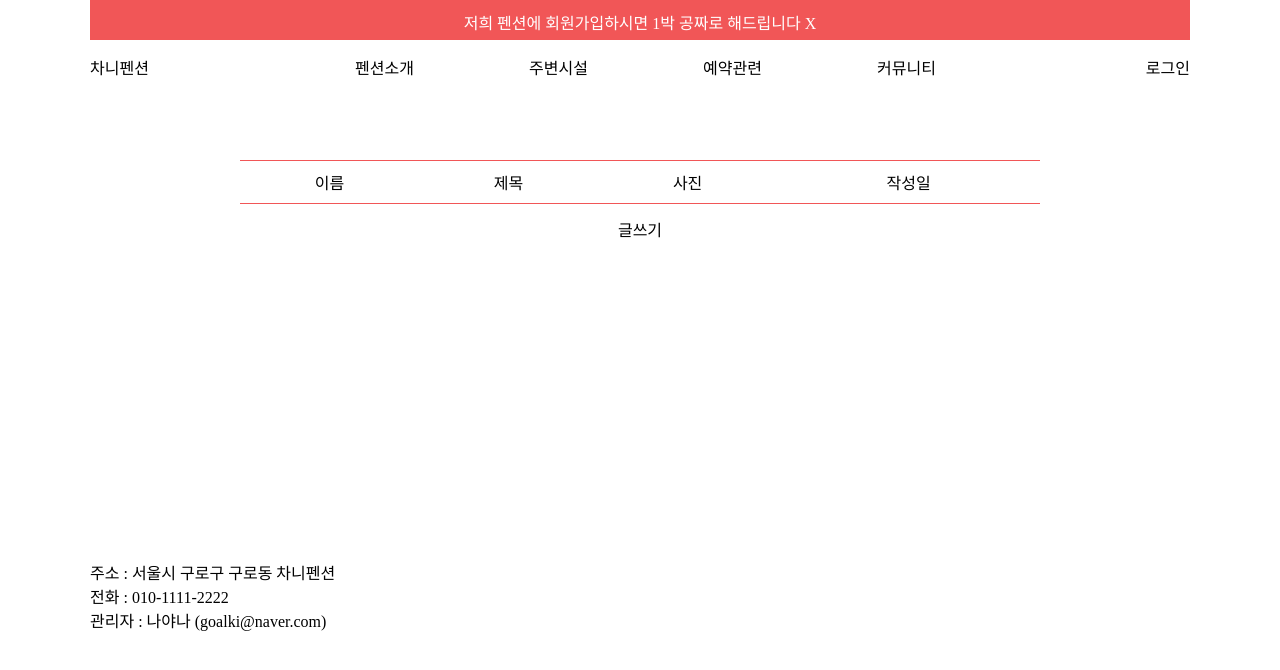
Repository: goalki/pension
Page: http://localhost/pension/tour/list.jsp
An editor plug-in stored every save of this project. The page is shown before and after the next save, followed by the edit.
The browser window is 1280 px wide. The pictures show the whole page.
The page is served by Tomcat 9. Other server files are loaded and not shown. Queries for data that is not in the repository find no rows.

Above is the page before, as saved 2021-01-21 05:36:01.

### pension/WebContent/tour/list.jsp
<%@ page language="java" contentType="text/html; charset=UTF-8"
    pageEncoding="UTF-8"%>
<%@page import="java.sql.*" %>
<%@page import="pension.dto.TourDto" %>
<%@page import="pension.dao.Dao" %>
<%@page import="java.util.ArrayList" %>
<%@ taglib prefix="c" uri="http://java.sun.com/jsp/jstl/core" %>

<%
   Dao dao=new Dao();
   ArrayList<TourDto> list=dao.tour_list();
   pageContext.setAttribute("list", list);
   //out.print(list.size());
%>
<%@ include file="../top.jsp" %>


 <style>
  #section {
    width:1100px;
    height:400px;
    margin:auto;
    text-align:center;

    margin-top:60px;
  }
  #section td {
    height:40px;
    border:1px solid #f15657;
    border-left:none;
    border-right:none;
    border-bottom:none;
  }
 </style>
 <div id="section">
   <!-- 레코드 내용 출력 -->
   <table width="800" align="center" cellspacing="0">
     <tr>
       <td> 이름 </td>
       <td> 제목 </td>
       <td> 사진 </td>
       <td> 작성일 </td>
     </tr>
    <c:forEach var="tdto" items="${list}">
     <tr>
       <td> ${tdto.name} </td>
       <td> <a href="content.jsp?id=${tdto.id}"> ${tdto.title} </a> </td>
       <td> <img src="img/${tdto.fname}" width="50"> </td>
       <td> ${tdto.writeday}  </td>
     </tr>
     </c:forEach>
     <tr height="50">
      <td colspan="4" align="center"> <a href="write.jsp"> 글쓰기 </a> </td>
     </tr>
   </table>
 </div>

<%@ include file="../bottom.jsp" %>

### pension/WebContent/top.jsp
<%@ page language="java" contentType="text/html; charset=UTF-8"
    pageEncoding="UTF-8"%>
<%@ taglib prefix="c" uri="http://java.sun.com/jsp/jstl/core" %>

<!DOCTYPE html>
<html>       <!-- index.jsp -->
<head>
<meta charset="UTF-8">
<title>Insert title here</title>
  <style>
    body {
      margin:0px;
    }
    a {
      text-decoration:none;
      color:black;
    }
    a:hover {
      color:blue;
    }
    #first {  /* 광고관련 1층 */
      width:1100px;
      height:30px;
      margin:auto;
      background:#f15657;
      text-align:center;
      padding-top:10px;
      color:white;
    }
    #second {  /* 로고, 메뉴 2층 */
      width:1100px;
      height:60px;
      margin:auto;
    }
    #second #left {
      padding-top:15px;
      width:100px;
      float:left;
    }
    #second #right {
      padding-top:15px;
      width:1000px;
      float:right;
      text-align:right;
    }
    #second #right #menu {
      display:inline-block;
      width:170px;
      height:30px; /* 주메뉴의 높이를 줘야 됩니다 */
      position:relative;
    }
    #second #right #menu:last-child {
      width:250px;
    }
    #second #right #menu .sub {
      position:absolute;
      width:120px;
      left:88px;
      top:10px;
      background:white;
      padding-left:0px;
      visibility:hidden;
      padding-top:10px;

    }
    #second #right #menu .sub li {
      list-style-type:none;
      text-align:center; /* 서브메뉴의 글자 중앙 */
    }


  </style>
    <script src="http://code.jquery.com/jquery-latest.js"></script>
  <script>
    function view_sub(n)
    {
    	document.getElementsByClassName("sub")[n].style.visibility="visible";
    }
    function hide_sub(n)
    {
    	document.getElementsByClassName("sub")[n].style.visibility="hidden";
    }

    $(function()
    {
    	$("#ff").click(function()
    	{
    		$("#first").slideUp();

    	});
    });
  </script>
</head>
<body>
  <div id="first">
     저희 펜션에 회원가입하시면  1박 공짜로 해드립니다
   <span id="ff"  style="cursor:pointer"> X </span>
  </div>
  <div id="second">
     <div id="left"> <a href="../main/index.jsp"> 차니펜션 </a></div>
     <div id="right">
        <span id="menu" onmouseenter="view_sub(0)" onmouseleave="hide_sub(0)"> 펜션소개
        <!-- 부메뉴 -->
           <ul class="sub">
            <li> <a href="../sogae/sogae.jsp"> 우리펜션 </a> </li>
            <li> 오시는길 </li>
           </ul>
        </span>
        <span id="menu" onmouseenter="view_sub(1)" onmouseleave="hide_sub(1)"> 주변시설
        <!-- 부메뉴 -->
           <ul class="sub">
            <li> 만리포 </li>
            <li> 연포</li>
            <li> 채석정 </li>
           </ul>
        </span>
        <span id="menu" onmouseenter="view_sub(2)" onmouseleave="hide_sub(2)"> 예약관련
         <!-- 부메뉴 -->
           <ul class="sub">
            <li>  예약 규정 </a> </li>
            <li> <a href="../reserve/reserve.jsp"> 실시간 예약 </a> </li>
           </ul>
        </span>
        <span id="menu" onmouseenter="view_sub(3)" onmouseleave="hide_sub(3)"> 커뮤니티
        <!-- 부메뉴 -->
           <ul class="sub">
            <li> <a href="../tour/list.jsp"> 여행 후기  </a></li>
            <li> 자유게시판 </li>
           </ul>
        </span>
        <span id="menu">
          <!-- 로그인 전 -->
          <c:if test="${userid == null}">
           <a href="../login/login.jsp"> 로그인 </a>
          </c:if>
          <!-- 관리자 로그인 한 경우 -->
          <c:if test="${userid == 'admin'}">
           <a href="../admin/reserve_view.jsp"> 예약관리  </a> /
           <a href="../admin/member_view.jsp"> 회원관리 </a> /
           <a href="../login/logout.jsp"> 로그아웃 </a>
          </c:if>
          <!--  로그인 한 후 -->
          <c:if test="${userid != null and userid != 'admin'}">
            ${name}님!! <a href="../mypage/mypage.jsp"> 내정보 </a>  <a href="../login/logout.jsp"> 로그아웃 </a>
          </c:if>

        </span>
    </div>
  </div>
  <!-- 여기까지 1층과 2층  top.jsp -->

### pension/WebContent/bottom.jsp
<%@ page language="java" contentType="text/html; charset=UTF-8"
    pageEncoding="UTF-8"%>
 <style>
 #fifth {     /* 펜션소개 5층 */
      width:1100px;
      height:100px;
      margin:auto;
    }
 </style>
<!-- 여기부터 5층 => bottom.jsp -->
  <div id="fifth">
    주소 : 서울시 구로구 구로동 차니펜션 <br>
    전화 : 010-1111-2222 <br>
    관리자 : 나야나  (goalki@naver.com) <br>
  </div>

</body>
</html>

### pension/src/pension/dao/Dao.java
package pension.dao;

import java.sql.*;
import java.time.LocalDate;
import java.util.ArrayList;

import com.oreilly.servlet.MultipartRequest;

import pension.dto.MemberDto;
import pension.dto.ReserveDto;
import pension.dto.RoomDto;
import pension.dto.TourDto;

public class Dao {

	String db="jdbc:mysql://localhost:3306/pension";
	String userid="root";
    String pw="1234";
    Connection conn;
	public Dao() throws ClassNotFoundException, SQLException
	{
		Class.forName("com.mysql.jdbc.Driver"); // 기능은 무조건 메소드내에서 실행
		conn=DriverManager.getConnection(db,userid,pw);
	}
	// room 테이블의 전체내용을 가져오기
    public ArrayList<RoomDto> get_room() throws SQLException
    {
    	String sql="select name,id from room order by price asc";
    	Statement stmt=conn.createStatement();
    	ResultSet rs=stmt.executeQuery(sql);
    	ArrayList<RoomDto> list=new ArrayList<RoomDto>();
    	while(rs.next())
    	{
    		RoomDto rdto=new RoomDto();
    		rdto.setId(rs.getInt("id"));
    		rdto.setName(rs.getString("name"));
    		list.add(rdto);
    	}
    	/*
    	String sql="select name from room order by price asc";
    	Statement stmt=conn.createStatement();
    	ResultSet rs=stmt.executeQuery(sql);
    	ArrayList<String> list=new ArrayList<String>();
    	while(rs.next())
    	{
    		list.add(rs.getString("name"));
    	}
    	*/
    	return list;
    }

    // 사용자가 선택한 방의 정보를 가져오기
    public RoomDto select_room(String id) throws SQLException
    {
    	String sql="select * from room where id="+id;
    	Statement stmt=conn.createStatement();
    	ResultSet rs=stmt.executeQuery(sql);
    	rs.next();
    	RoomDto rdto=new RoomDto();
    	rdto.setId(rs.getInt("id"));
    	rdto.setName(rs.getString("name"));
    	rdto.setMax(rs.getInt("max"));
    	rdto.setMin(rs.getInt("min"));
    	rdto.setPrice(rs.getInt("price"));

    	return rdto;
    }

    public void insert(ReserveDto rdto,String userid) throws SQLException // reserve테이블에 입력값을 넣기
    {
    	// 쿼리 생성
    	String outday="date_add('"+rdto.getInday()+"', interval "+rdto.getSuk()+" day)";
    	String sql="insert into reserve(rid,name,phone,inday,outday";
    	sql=sql+",inwon1,inwon2,inwon3,bbq,pork,suk_price,etc_price,tot_price,writeday,userid) ";
    	sql=sql+" values(?,?,?,?,"+outday+",?,?,?,?,?,?,?,?,now(),?)";

    	// date_add('2021-01-05',interval 숙박일 day);
    	PreparedStatement pstmt=conn.prepareStatement(sql);
    	pstmt.setInt(1, rdto.getRid());
    	pstmt.setString(2, rdto.getName());
    	pstmt.setString(3, rdto.getPhone());
    	pstmt.setString(4, rdto.getInday());
    	//pstmt.setString(5, outday);
    	pstmt.setInt(5, rdto.getInwon1());
    	pstmt.setInt(6, rdto.getInwon2());
    	pstmt.setInt(7, rdto.getInwon3());
    	pstmt.setInt(8, rdto.getBbq());
    	pstmt.setInt(9, rdto.getPork());
    	pstmt.setInt(10, rdto.getSuk_price());
    	pstmt.setInt(11, rdto.getEtc_price());
    	pstmt.setInt(12, rdto.getTot_price());
    	pstmt.setString(13, userid);
    	pstmt.executeUpdate();
    	//System.out.println(pstmt.toString());
    	conn.close();
    }

    public ReserveDto get_reserve(String userid) throws SQLException // 방금 예약한 정보를 가져오는 메소드(1개의 레코드)
    {
    	String sql="select * from reserve where userid='"+userid+"' order by id desc limit 1";
    	Statement stmt=conn.createStatement();
    	ResultSet rs=stmt.executeQuery(sql);
    	rs.next();
    	ReserveDto rdto=new ReserveDto();
    	rdto.setId(rs.getInt("id"));
    	rdto.setRid(rs.getInt("rid"));
    	rdto.setName(rs.getString("name"));
    	rdto.setPhone(rs.getString("phone"));
    	rdto.setInday(rs.getString("inday"));
    	rdto.setOutday(rs.getString("outday"));
    	rdto.setInwon1(rs.getInt("inwon1"));
    	rdto.setInwon2(rs.getInt("inwon2"));
    	rdto.setInwon3(rs.getInt("inwon3"));
    	rdto.setBbq(rs.getInt("bbq"));
    	rdto.setPork(rs.getInt("pork"));
    	rdto.setSuk_price(rs.getInt("suk_price"));
    	rdto.setEtc_price(rs.getInt("etc_price"));
    	rdto.setTot_price(rs.getInt("tot_price"));
    	rdto.setWriteday(rs.getString("writeday"));

    	// 방이름 가져오기
    	sql="select name from room where id="+rdto.getRid();
    	rs=stmt.executeQuery(sql);
    	rs.next();
    	rdto.setRoomname(rs.getString("name"));
    	return rdto;

    }

    public int room_state(String rid, String xday) throws SQLException// y-m-d형태의 값과 room의 id(rid)값을 받아서 예약이 되었는지를 int값으로 가져온다..
    {
    	String sql="select count(*) as cnt from reserve where inday <= ?  and outday > ? and rid=? ";
    	PreparedStatement pstmt=conn.prepareStatement(sql);
    	pstmt.setString(1, xday);
    	pstmt.setString(2, xday);
    	pstmt.setString(3, rid);
    	ResultSet rs=pstmt.executeQuery();
    	rs.next();

    	return rs.getInt("cnt");
    }

    public int suk_check(String y,String m, String d, String rid) throws SQLException
    {
        int yy=Integer.parseInt(y);
        int mm=Integer.parseInt(m);
        int dd=Integer.parseInt(d);
    	LocalDate inday=LocalDate.of(yy, mm, dd);
    	int chk=0;

    	for(int i=1;i<=8;i++)
    	{
    	  LocalDate xday=inday.plusDays(i);
    	  chk=i;
    	  String sql="select * from reserve where inday <= ? and outday > ? and rid=?";
    	  PreparedStatement pstmt=conn.prepareStatement(sql);
          pstmt.setString(1, xday.toString());
          pstmt.setString(2, xday.toString());
          pstmt.setString(3, rid);

    	  ResultSet rs=pstmt.executeQuery();
          if(rs.next())  // 레코드 있으면 true, 없으면 false
          {
        	break;// 멈춘다!!
          }

    	} // for문의 끝

    	return chk; // 몇박을 나타낼지!!
    }

    public void member_ok(MemberDto mdto) throws SQLException
    {
    	String sql="insert into member(name,userid,pwd,phone,writeday) ";
    	sql=sql+" values(?,?,?,?,now())";
    	PreparedStatement pstmt=conn.prepareStatement(sql);
        pstmt.setString(1, mdto.getName());
        pstmt.setString(2, mdto.getUserid());
        pstmt.setString(3, mdto.getPwd());
        pstmt.setString(4, mdto.getPhone());

        pstmt.executeUpdate();

        conn.close();

    }

    public boolean ismember(String userid, String pwd) throws SQLException // 회원인지 아닌지  true, false
    {
    	String sql="select * from member where userid=? and pwd=?";
    	PreparedStatement pstmt=conn.prepareStatement(sql);
    	pstmt.setString(1, userid);
    	pstmt.setString(2, pwd);

    	ResultSet rs=pstmt.executeQuery(); // 레코드가 있든지, 없든지

		/*
		 * if(rs.next()) return true; else return false;
		 */
    	return rs.next();
    }

    public int isuserid(String userid) throws SQLException
    {
    	String sql="select count(*) as num from member where userid='"+userid+"'";
    	Statement stmt=conn.createStatement();
    	ResultSet rs=stmt.executeQuery(sql);
    	rs.next();
    	// 아이디가 존재하면 1, 아니면 0
    	return rs.getInt("num");
    }

    public MemberDto mypage(String userid) throws SQLException
    {
    	String sql="select * from member where userid='"+userid+"'";
    	Statement stmt=conn.createStatement();
    	ResultSet rs=stmt.executeQuery(sql);
    	rs.next();
    	MemberDto mdto=new MemberDto();
    	mdto.setName(rs.getString("name"));
    	mdto.setPhone(rs.getString("phone"));

    	return mdto;
    }

    public ArrayList<ReserveDto> my_reserve(String userid) throws SQLException
    {
    	String sql="select r2.name,r1.inday,r1.outday,r1.bbq,r1.pork";
    	sql=sql+",r1.writeday from reserve as r1, room as r2 ";
    	sql=sql+" where r1.rid=r2.id and userid='"+userid+"'";
    	System.out.println(sql);
    	Statement stmt=conn.createStatement();
    	ResultSet rs=stmt.executeQuery(sql);
    	ArrayList<ReserveDto> list=new ArrayList<ReserveDto>();
    	while(rs.next())
    	{
    	  ReserveDto rdto=new ReserveDto();
    	  rdto.setRoomname(rs.getString("name"));
    	  rdto.setInday(rs.getString("inday"));
    	  rdto.setOutday(rs.getString("outday"));
       	  rdto.setBbq(rs.getInt("bbq"));
    	  rdto.setPork(rs.getInt("pork"));
    	  rdto.setWriteday(rs.getString("writeday"));

    	  list.add(rdto);
    	}

    	return list;
    }

    public String get_name(String userid) throws SQLException
    {
    	String sql="select name from member where userid='"+userid+"'";
    	Statement stmt=conn.createStatement();
    	ResultSet rs=stmt.executeQuery(sql);
    	rs.next();
    	return rs.getString("name");
    }

    // 아이디찾기
    public String userid_search(String name, String phone) throws SQLException
    {
    	String sql="select userid from member where name=? and phone=?";
    	PreparedStatement pstmt=conn.prepareStatement(sql);
    	pstmt.setString(1, name);
    	pstmt.setString(2, phone);
    	ResultSet rs=pstmt.executeQuery();
    	if(rs.next())
    	{
    		return rs.getString("userid");
    	}
    	else
    	{
    		return "0";
    	}

    }

    // 비밀번호 찾기
    public String pwd_search(String userid, String name, String phone) throws SQLException
    {
    	String sql="select pwd from member where name=? and phone=? and userid=?";
    	PreparedStatement pstmt=conn.prepareStatement(sql);
    	pstmt.setString(1, name);
    	pstmt.setString(2, phone);
    	pstmt.setString(3, userid);
    	ResultSet rs=pstmt.executeQuery();
    	if(rs.next())
    	{
    		return rs.getString("pwd");
    	}
    	else
    	{
    		return "0";
    	}
    }


    // 관리자가 reserve테이블에 읽어오기
    public ArrayList<ReserveDto> admin_reserve() throws SQLException
    {
    	String sql="select r1.name, r1.phone, r2.name as roomname,r1.inday,r1.outday,r1.bbq,r1.pork";
    	sql=sql+",r1.writeday from reserve as r1, room as r2 ";
    	sql=sql+" where r1.rid=r2.id order by r1.id desc";
    	//System.out.println(sql);
    	Statement stmt=conn.createStatement();
    	ResultSet rs=stmt.executeQuery(sql);
    	ArrayList<ReserveDto> list=new ArrayList<ReserveDto>();
    	while(rs.next())
    	{
    	  ReserveDto rdto=new ReserveDto();
    	  rdto.setName(rs.getString("name"));
    	  rdto.setPhone(rs.getString("phone"));
    	  rdto.setRoomname(rs.getString("roomname"));
    	  rdto.setInday(rs.getString("inday"));
    	  rdto.setOutday(rs.getString("outday"));
       	  rdto.setBbq(rs.getInt("bbq"));
    	  rdto.setPork(rs.getInt("pork"));
    	  rdto.setWriteday(rs.getString("writeday"));

    	  list.add(rdto);
    	}

    	return list;
    }

    public ArrayList<MemberDto> admin_member() throws SQLException
    {
    	String sql="select * from member where userid != 'admin' order by name asc";
    	Statement stmt=conn.createStatement();
    	ResultSet rs=stmt.executeQuery(sql);
    	ArrayList<MemberDto> list=new ArrayList<MemberDto>();
    	while(rs.next())
    	{
    	   	MemberDto mdto=new MemberDto();
    	   	mdto.setName(rs.getString("name"));
    	   	mdto.setUserid(rs.getString("userid"));
    	   	mdto.setPhone(rs.getString("phone"));
    	   	mdto.setWriteday(rs.getString("writeday"));
    	   	mdto.setState(rs.getInt("state"));

    	   	list.add(mdto);
    	}

    	return list;
    }

    public String get_name_phone(String userid) throws SQLException
    {
    	String sql="select name,phone from member where userid='"+userid+"'";
    	Statement stmt=conn.createStatement();
    	ResultSet rs=stmt.executeQuery(sql);
    	rs.next();
    	String np=rs.getString("name")+","+rs.getString("phone");
    	return np;
    }

    public void tour_write_ok(TourDto tdto) throws SQLException
    {
    	String sql="insert into tour(title,name,content,fname,writeday)";
        sql=sql+" values(?,?,?,?,now())";

		PreparedStatement pstmt=conn.prepareStatement(sql);
		pstmt.setString(1, tdto.getTitle());
		pstmt.setString(2, tdto.getName());
		pstmt.setString(3, tdto.getContent());
		pstmt.setString(4, tdto.getFname());

		pstmt.executeUpdate();

    }

    public ArrayList<TourDto> tour_list() throws SQLException
    {
        String sql="select * from tour order by id desc";
        Statement stmt=conn.createStatement();
        ResultSet rs=stmt.executeQuery(sql);

        ArrayList<TourDto> list=new ArrayList<TourDto>();
    	while(rs.next())
    	{
    	   	TourDto tdto=new TourDto();
    	   	tdto.setName(rs.getString("name"));
    	   	tdto.setTitle(rs.getString("title"));
    	   	tdto.setFname(rs.getString("fname"));
    	   	tdto.setWriteday(rs.getString("writeday"));
  	   	    tdto.setId(rs.getInt("id"));

    	   	list.add(tdto);
    	}
    	System.out.println(list.size());
    	return list;
    }

    public TourDto tour_content(String id) throws SQLException
    {
    	String sql="select * from tour where id="+id;
        Statement stmt=conn.createStatement();
        ResultSet rs=stmt.executeQuery(sql);
        rs.next();
    	TourDto tdto=new TourDto();
    	tdto.setName(rs.getString("name"));
    	tdto.setTitle(rs.getString("title"));
    	tdto.setFname(rs.getString("fname"));
    	tdto.setWriteday(rs.getString("writeday"));
  	   	tdto.setId(rs.getInt("id"));
  	   	tdto.setContent(rs.getString("content"));

    	return tdto;
    }
}

After the next save:
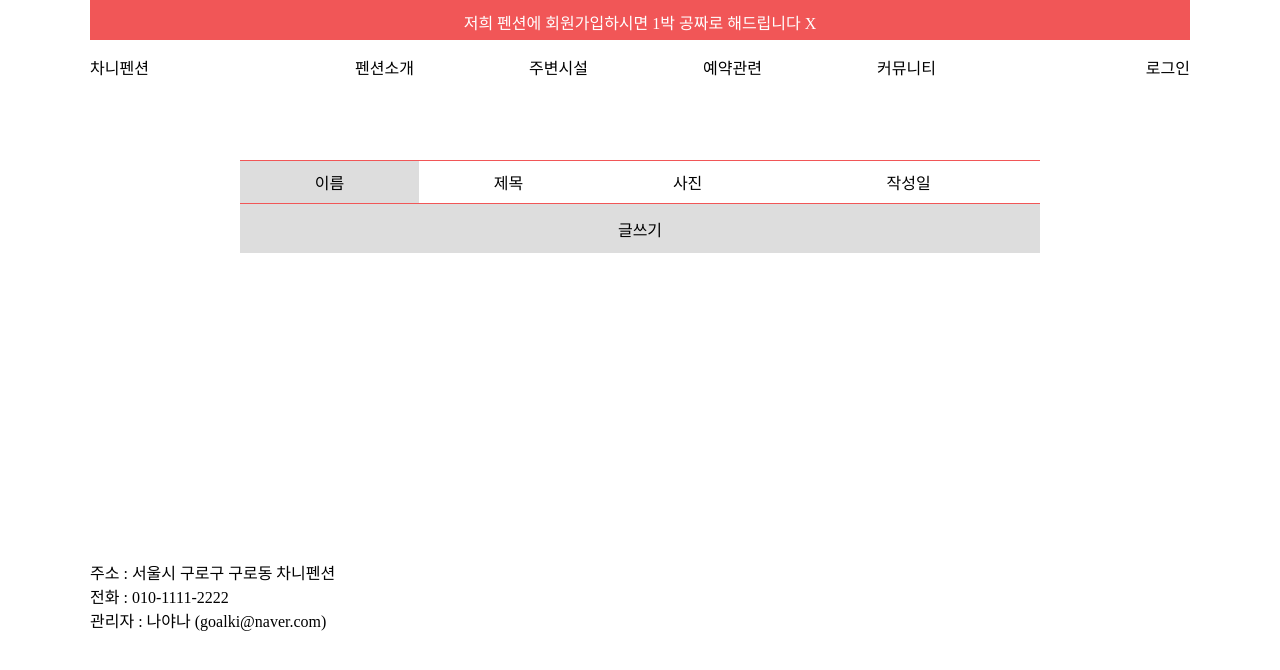
Saved 28 s later.
--- a/pension/WebContent/tour/list.jsp
+++ b/pension/WebContent/tour/list.jsp
@@ -23,6 +23,9 @@
     text-align:center;
 
     margin-top:60px;
+  }
+  #section td:first-child {
+    background:#dddddd;
   }
   #section td {
     height:40px;
